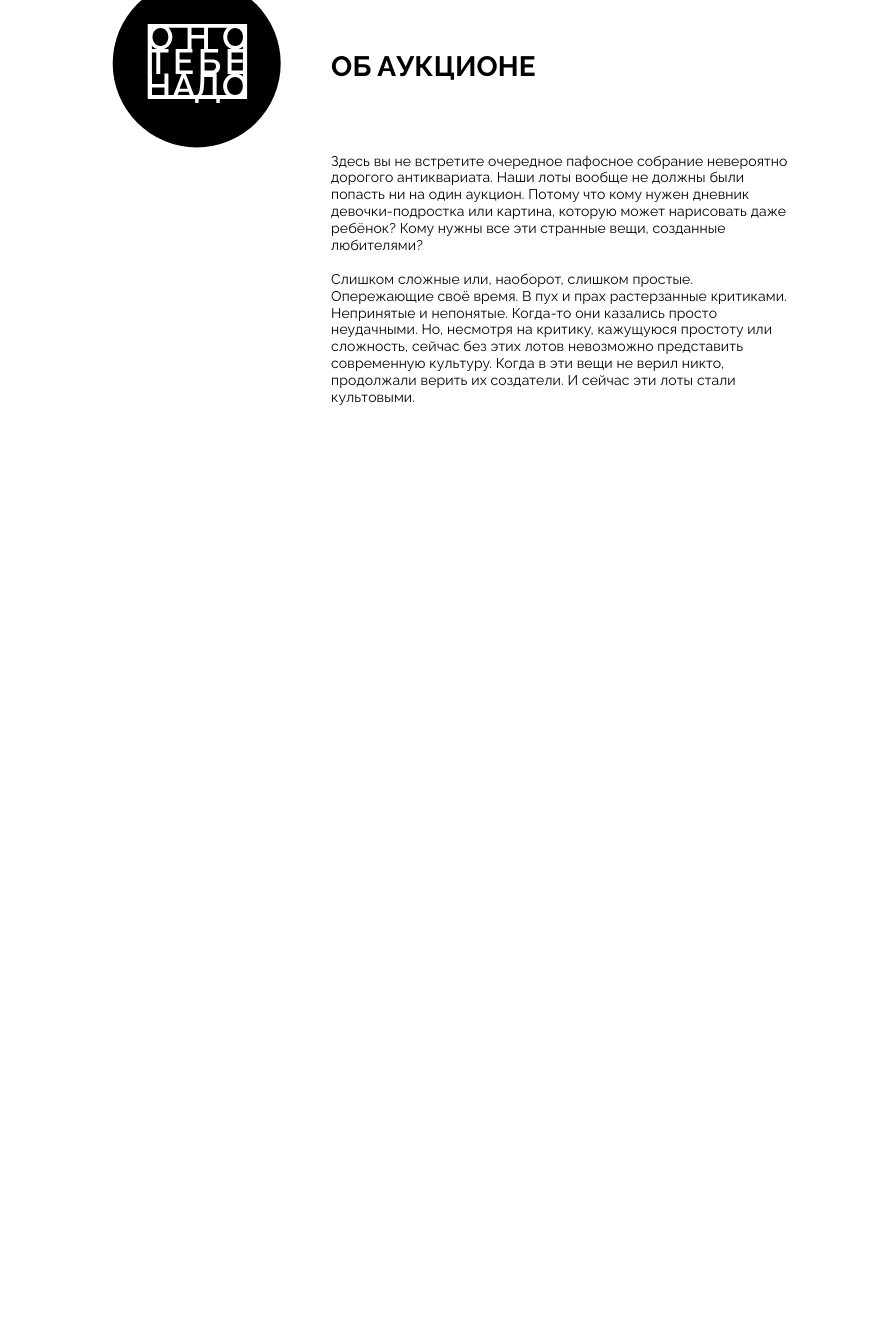
Repository: Smoyki/ono-tebe-nado
Page: index.html
These files come from the project's save history. The page is drawn as it stood at one moment and after the next save; the edit follows.
The browser window is 1280 px wide. The pictures show the part of the page from y = 2131 to 4051 px (the page is 4674 px tall before and 4626 px after), at 70% of full size.

Above is the page before, as saved 2024-04-16 22:40:26.

### index.html
<!DOCTYPE html>
<html lang="ru">
  <head>
    <meta charset="UTF-8" />
    <meta http-equiv="X-UA-Compatible" content="IE=edge" />
    <meta name="viewport" content="width=device-width, initial-scale=1.0" />
    <title>Оно тебе надо — аукцион вещей, в которые никто не верил!</title>
    <link rel = "stylesheet" href="./fonts/fonts.css" />
    <link rel = "stylesheet" href="./styles/global.css" />
    <link rel = "stylesheet" href="./styles/style.css" />
  </head>
  <body>
    <div class="wrapper">
    <header class= "header">
      <nav class="header__menu">
        <ul class = "header__links-list">
          <li class ="header__links-list-item_no-bullit"><a class ="header__link" href="#">главная</a></li>
          <li class ="header__links-list-item"><a class ="header__link_active" href="#">посмотреть лоты</a></li>
          <li class ="header__links-list-item"><a class ="header__link_active" href="#">об аукционе</a></li>
        </ul>
      </nav>
        <a class="header__logo" ><img alt ='Логотип' class="header__logo-image" src="./images/logo-black.svg"/></a>
      <address class ="address header__address">
        <a class ='address__item'  href="tel:+99995555555">+9 999 555 5555</a>
        <a class ='address__item'  href="mailto:info@sobaka.ge">info@sobaka.ge</a>
        <p class="address__address-text" >
          наб. Принсенграхт 263-<br />265, Амстердам
        </p>
      </address>
    </header>
    <main class ="main_sections">
      <section class="cover content-section">
        <div class="overlay">
          <h1 class="cover__title">
            <span class="aligned-text">о<span class="letter-spacing-extended">но</span></span>
            <span class="aligned-text aligned-text_center">те<span class="letter-spacing-extended">бе</span></span>
            <span class="aligned-text aligned-text_right"><span class="letter-spacing-extended">н</span>ад<span class="remove-spacing">о</span></span>
          </h1>
          <div class="cover__description">
            <p class="cover__description-text">
              Аукцион вещей, в которые никто не верил
            </p>
            <button class="bet-button">Сделать ставку</button>
          </div>
        </div>
      </section>
      <section class="lots">
        <h2 class="lots__heading">Лоты</h2>
        <ul class="lots__card-list">
          <li class="lots__card-list-item">
            <a class="card-link" href="#0">
              <article class="card card_type_film">
                <div class="overlay">
                <h3 class="card__title">
                  Фильм режиссёра, который бросил киношколу
                </h3>
                <p class="card__text">
                  Не просто бросил, а ушёл с первой лекции. Какой была бы ваша
                  ставка, если бы вы не знали, что режиссёр — Пол Томас
                  Андерсон?
                </p>
              </div>
              </article>
            </a>
          </li>
          <li class="lots__card-list-item">
            <a class="card-link" href="#0">
              <article class="card card_type_book">
                <div class="overlay">
                <h3 class="card__title">
                  Книга, где описан один скучный день из жизни рекламного агента
                </h3>
                <p class="card__text">
                  Объёмом почти в тысячу страниц. Иногда без знаков препинания и
                  с переходами на древнеанглийский. В ней одновременно
                  рассказывается о 16 июня 1904 года и об истории литературы,
                  начиная с античных времён. И это всё накладывается на
                  эпическую поэму Гомера. Сколько бы вы поставили на «Улисса»
                  Джеймса Джойса?
                </p>
              </div>
              </article>
            </a>
          </li>
          <li class="lots__card-list-item">
            <a class="card-link" href="#0">
              <article class="card card_type_picture">
                <div class="overlay">
                <h3 class="card__title">
                  Картина, которую повторит даже 5-летний сын маминой подруги
                </h3>
                <p class="card__text">
                  Ну действительно, там линия, тут кружочек, а здесь и вовсе
                  что-то похожее на инфузорию-туфельку. Никаких полей, лесов,
                  котиков… Сколько бы вы на такое поставили, если бы не знали,
                  что это — одна из революционных работ Кандинского?
                </p>
              </div>
              </article>
            </a>
          </li>
        </ul>
        <a class="lots__look-more-link text-link" href="#0">посмотреть больше</a>
      </section>
      <section class="about content-section">
          <div class="logo__container">
          <div class="about__logo">
            <img
              class="about__logo-image"
              src="./images/logo-white.svg"
              alt="Логотип проекта"
            />
          </div>
        </div>
        <div class="second__column__text">
          <div class="about__column_text">
            <h2 class="about__title">Об аукционе</h2>
            <div class="about__text">
              <p>
                Здесь вы не встретите очередное пафосное собрание невероятно
                дорогого антиквариата. Наши лоты вообще не должны были попасть ни
                на один аукцион. Потому что кому нужен дневник девочки-подростка
                или картина, которую может нарисовать даже ребёнок? Кому нужны все
                эти странные вещи, созданные любителями?
              </p>
              <p>
                Слишком сложные или, наоборот, слишком простые. Опережающие своё
                время. В пух и прах растерзанные критиками. Непринятые и
                непонятые. Когда-то они казались просто неудачными. Но, несмотря
                на критику, кажущуюся простоту или сложность, сейчас без этих
                лотов невозможно представить современную культуру. Когда в эти
                вещи не верил никто, продолжали верить их создатели. И сейчас эти
                лоты стали культовыми.
              </p>
            </div>
          </div>
        </div>
      </section>
    </main>
      <footer class = 'footer'>
        <address class ="address_footer">
          <a class ='address__item'  href="tel:+99995555555">+9 999 555 5555</a>
          <a class ='address__item'  href="mailto:info@sobaka.ge">info@sobaka.ge</a>
          <p class="address__address-text" >
            наб. Принсенграхт 263-<br />265, Амстердам
          </p>
        </address>
        <nav class="footer__menu">
          <ul class = "footer__menu-list">
            <li class ="footer__menu-list-item"><a class ="footer__menu-link_active" href="#">главная</a></li>
            <li class ="footer__menu-list-item"><a class ="footer__menu-link" href="#">посмотреть лоты</a></li>
            <li class ="footer__menu-list-item"><a class ="footer__menu-link" href="#">об аукционе</a></li>
          </ul>
        </nav>
        <ul class = "footer__social-list">
          <li class ="footer__social-list-item"><a class ="footer__social-link" href="#"><img class="footer__social-icon" src="./images/yt.svg" alt="Иконка"></a></li>
          <li class ="footer__social-list-item"><a class ="footer__social-link" href="#"><img class="footer__social-icon" src="./images/vk.svg" alt="Иконка"></a></li>
          <li class ="footer__social-list-item"><a class ="footer__social-link" href="#"><img class="footer__social-icon" src="./images/pinterest.svg" alt="Иконка"></a></li>
        </ul>
      </footer>
    </div>
  </body>
</html>

### styles/style.css
.main_sections {
  flex-direction: column;
  display: flex;
}

.content-section {
  margin: auto 0;
  width: 100%;
}

.header {
  max-width: 1052px;
  margin: auto;
  padding: 92px 24px 92px 19px; /* Эти не трогать */
  display: grid;
  grid-template-columns: 2fr 1fr 2fr;
  justify-content: space-around;
  justify-items: center;
  align-items: center;
}

.header__links-list {
  display: flex;
  flex-direction: row;
  gap: 34px;
  list-style: none;
  font-size: 18px;
  line-height: 21px;
  flex-wrap: nowrap;
}

.header__menu {
  max-width: 392px;
}

.header__links-list-item {
  list-style: circle;
}

.header__links-list-item_no-bullit {
  list-style: none;
}

.header__link {
  font-size: 18px;
  text-decoration:none;
}

.header__link_active {
  /* text-decoration:underline; */
  text-decoration:none;
}

.header__logo {
  display:block;
  justify-self: center;
  align-self: center;
  width: fit-content;
  height: fit-content;
}

.header__logo-image {
  width: 148px;
  height: 105px;
  margin: auto;
}

.address {
  max-width: 241px;  /* max-width текст плывет */
  display: flex;
  flex-direction: column;
  font-size: 18px;
  font-style: normal;
  justify-self: end;
  line-height: 135%;
  padding: 0px 38px 0px 0px;
}

.header__address {
  display: flex;
  justify-self: end;
}

.address__item {
  display: flex;
  text-underline-position: under;
}

.cover {
  position: relative;
  padding: 0px 0px 0px 0px; /* Эти отступы не трогать спросить */
  background-image: url(../images/cover.jpg);
  background-position:center;
  background-repeat: no-repeat;
  max-width:1100px;
  background-size: cover;
  height: 757px;
}

.overlay {
  position: absolute;
  top: 0;
  left: 0;
  z-index: 1;
  width: 100%;
  height: 100%;
  background: rgba(0, 0, 0, 0.6);
  padding: 165px 50px 51px 50px;
}

.cover__title {
  position: relative;
  z-index: 1;
  line-height: 1.15;
  letter-spacing: 30px;
  text-transform: uppercase;
  display: flex;
  flex-direction: column;
  gap: 20px;
  color: #FFF;
  font-weight: bold;
  font-size: 100px;

}

.aligned-text {
  display: block;
}

.aligned-text_center {
  line-height: 1;
  text-align: center;
}

.aligned-text_right {
  line-height: 1;
  text-align: right;
}

.letter-spacing-extended {
  letter-spacing: 60px;
}

.remove-spacing {
  letter-spacing: normal;
}

.cover__description {
  position: relative;
  z-index: 1;
  display: flex;
  justify-content: flex-end;
  align-items: center;
  gap: 79px;
  padding: 135px 0px 0px 0px;
}

.cover__description-text {
  color: #FFF;
  font-size: 22px;
  line-height: 1.27;
  text-transform: uppercase;
  word-spacing: 18px;
}

.bet-button {
  border: 1px #FFF solid;
  padding: 12px 32px;
  color: #FFF;
  font-family: 'Raleway', sans-serif;
  font-weight: normal;
  font-size: 22px;
  line-height: 26px;
  text-transform: uppercase;
  background-color: transparent;
  cursor: pointer;
}

.bet-button:hover {
  color: #000000;
  background-color: #FFF;
}


.lots {
  padding:179px 24px 146px 24px;  /* Нет трогатб*/
 }

 .lots__heading {
  text-transform: uppercase;
  font-weight: bold;
  font-size: 40px;
  padding: 0px 891px 27px 40px;
  line-height: 47px;
  font-weight: 700;
  width: 563px;

}

.lots__card-list {
  display: flex;
  gap: 25px; /* меняю на gap с column-gap с 15px на 25px*/
  list-style: none;
  flex-wrap: wrap; /* меняю на wrap с nowrap */
}

.lots__card-list-item {  /* Исправил */
  flex-grow:1;
  width: max-content;
}

.card_link {
  display: block;
  height: 100%;
  text-decoration: none;
}

.card {
  display: block;
  position: relative;
  max-width:334px;
  min-height:563px;
  background-repeat: no-repeat;
  background-size: cover;
  background-position: center;
}

.card__title {
  font-size: 22px;
  line-height: 120%;
  text-decoration-line: underline;
  text-transform: uppercase;
  font-family: "Raleway", sans-serif;
  font-style: normal;
  font-weight: 700;
  color: #FFFFFF;
  z-index: 1;
}

.card__text {
  font-family: "Raleway", sans-serif;
  font-style: normal;
  font-weight: 400;
  font-size: 20px;
  line-height: 120%;
  color: #FFFFFF;
  z-index: 1;
}

.card_type_film {
  background-image: url(../images/card-lot-01.jpg);
}

.card_type_book {
  background-image: url(../images/card-lot-02.jpg);

}

.card_type_picture {
  background-image: url(../images/card-lot-03.jpg);
}

.lots .overlay {
  display: flex;
  position: absolute;
  top: 0;
  left: 0;
  z-index: 1;
  width: 100%;
  height: 100%;
  background: rgba(0, 0, 0, 0.6);
  padding: 51px 40px 48px 40px;
  flex-direction: column;
  justify-content: space-between;
  text-align: left;
}

.lots__look-more-link {
  display: block;
  padding: 32px 820px 0px 40px;
  font-style: normal;
  font-weight: 400;
  font-size: 20px;
  line-height: 23px;
  color: rgba(0, 0, 0);
}


/* Тут начало секции about */
.about {
  display:  grid;
  grid-template-columns: 287px auto;
  padding:0px 0px 0px 24px;
  min-height: 595px;
  max-width: 1052px;
  column-gap:72px;
}

.about__column_text {
  padding-top:135px;
  display: flex;
  height: fit-content;
  font-family: "Raleway", sans-serif;
  font-style: normal;
  font-weight: 400;
  font-size: 20px;
  line-height: 24px;
  letter-spacing: 0.01em;
  flex-direction: column;
  gap:100px;
  w
}

.about__logo {
  display: flex;
  justify-content: center;
  align-items: center;
  border-radius: 50%;
  background-color: #000000;
  width: 240px;
  height: 240px;
}

.logo__container {
  display: block;
  position: relative;
  padding:35px 0px 0px 47px;
  width:fit-content;
  height:fit-content;
}

.about__logo-image {
  width: 148px;
  height: 114px;
}

.about__title {
  /* padding: 3px 0px 100px 0px; */
  font-weight: bold;
  font-size: 40px;
  line-height: 47px;
  text-transform: uppercase;
}

.about__text {
  display: flex;
  flex-direction:column;
  gap: 25px;
}

.about__text p:nth-child(1){
 letter-spacing: 0.01rem;
}

.footer {
  display: flex;
  justify-content: space-between;
  padding: 1800px 50px 88px 50px;
  gap:25px
}

.footer__social-icon {
  width: 48px;
  height: 48px;
}

.address_footer {
  display: flex;
  flex-direction:column;
}

.footer__menu-list {
  display: flex;
  flex-direction: column;
  text-align: center;
  padding:3px 12px 0px 44px;
  font-size: 18px;
  line-height: 21px;
}

.foother__links-list {
  display:flex;
  flex-direction:column;
}

.footer__social-list-item {
  list-style: none;
  font-family: "Raleway", sans-serif;
}

.footer__menu-list-item {
  list-style: none;
  font-family: "Raleway", sans-serif;
}

.footer__menu-link_active {
  text-decoration:none;
}

.footer__social-list {
  display:flex;
  gap: 48px;
  list-style: none;
}

.footer__menu-link {
  font-size: 18px;
  line-height: normal;
  text-underline-position: under;
}

Loaded but not shown: fonts/fonts.css (common file); styles/global.css (common file)

After the next save:
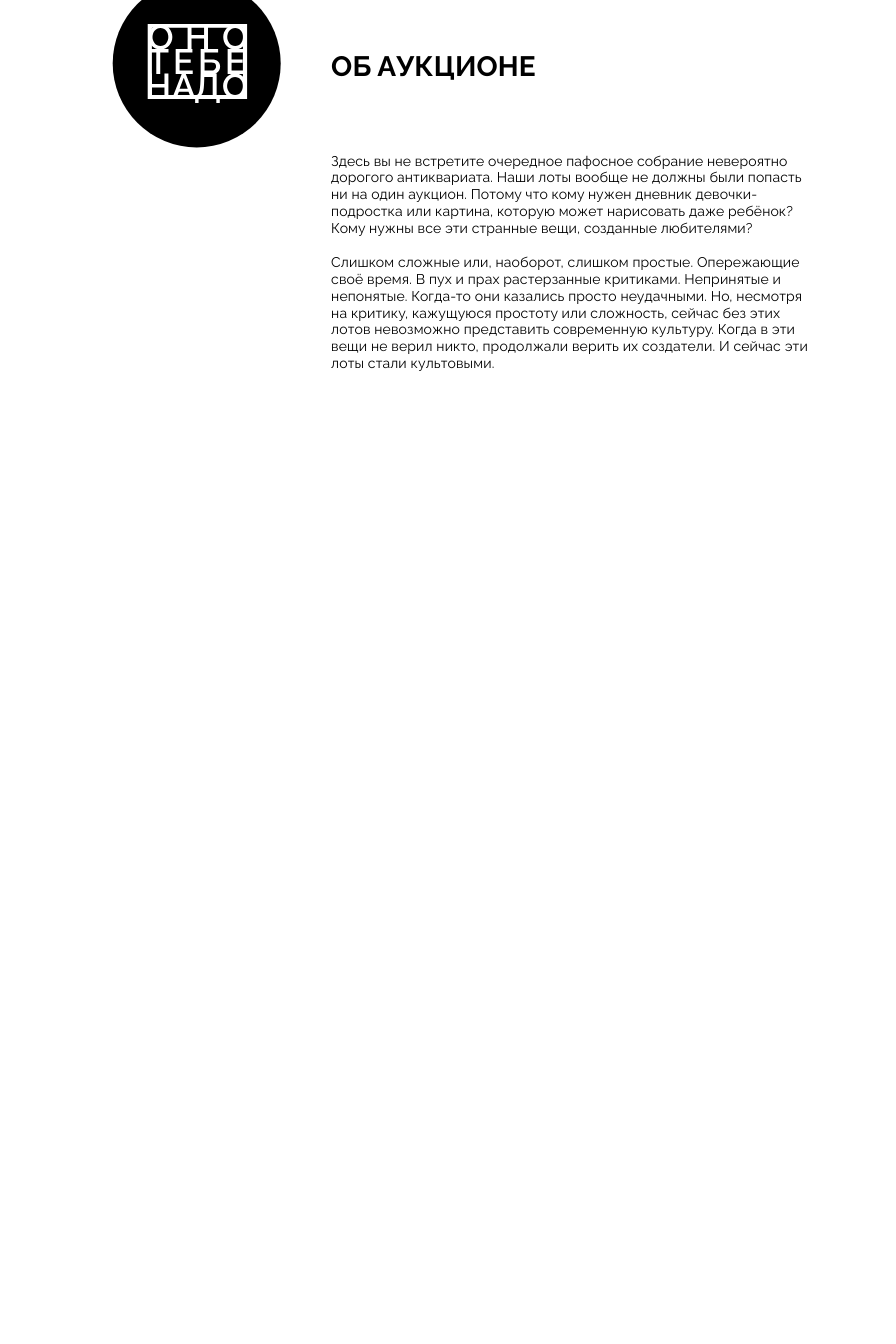
Saved 10 s later.
--- a/styles/style.css
+++ b/styles/style.css
@@ -308,7 +308,7 @@
   letter-spacing: 0.01em;
   flex-direction: column;
   gap:100px;
-  w
+  min-width: 693px;
 }
 
 .about__logo {
